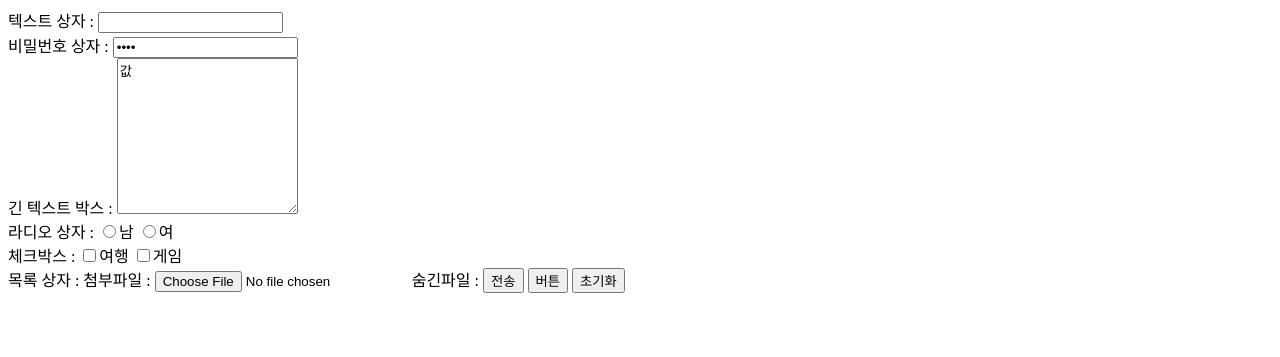
Repository: hololog/workspace_jsp1
Page: JspStudy/src/main/webapp/js1/Test12.html
An editor plug-in stored every save of this project. The page is shown before and after the next save, followed by the edit.
The browser window is 1280 px wide. The pictures show the whole page.

Above is the page before, as saved 2021-12-09 07:11:18.

After the next save:
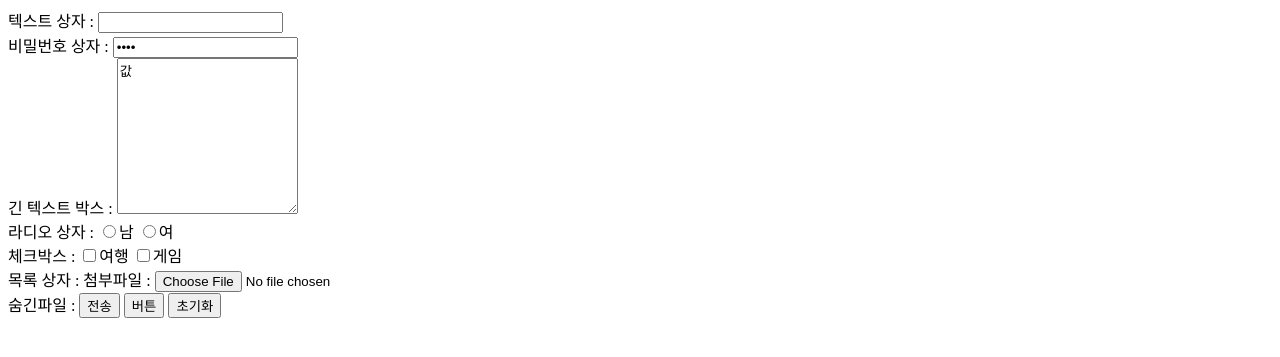
Saved 10 s later.
--- a/JspStudy/src/main/webapp/js1/Test12.html
+++ b/JspStudy/src/main/webapp/js1/Test12.html
@@ -18,7 +18,7 @@
   체크박스 :  <input type="checkbox" name="ch" value="여행">여행
             <input type="checkbox" name="ch" value="게임">게임<br>
   목록 상자 :
-  첨부파일 : <input type="file" name="file">
+  첨부파일 : <input type="file" name="file"><br>
   숨긴파일 : <input type="hidden">
   <input type="submit" value="전송">
 <!--   form태그의 데이터를 전송하는 역학 -->
